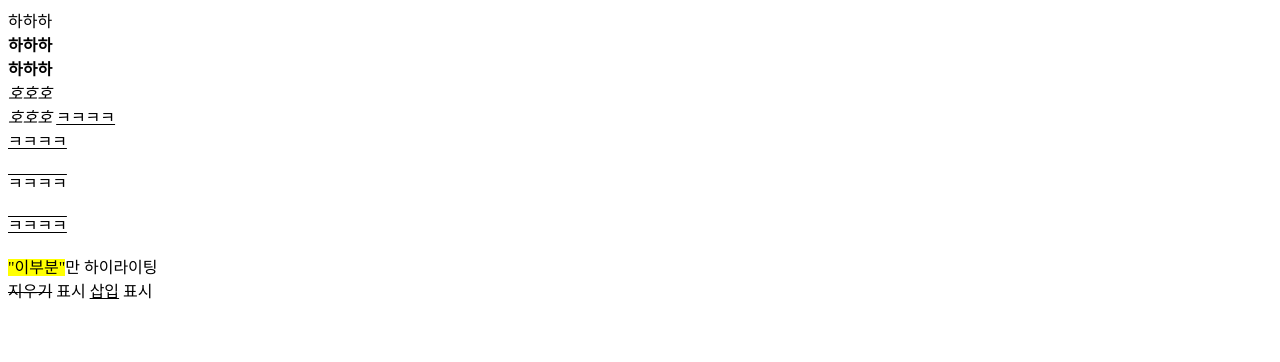
Repository: AkaKSR/Java_Convergence_New
Page: HTML0826/WebContent/Ex06.html
The author's editor kept a copy of each file at every save. The page is drawn from the files as they stood at one save, then again after a run of saves.
The browser window is 1280 px wide. The pictures show the whole page.

Above is the page before, as saved 2019-08-26 07:35:10.

After the next 2 saves:
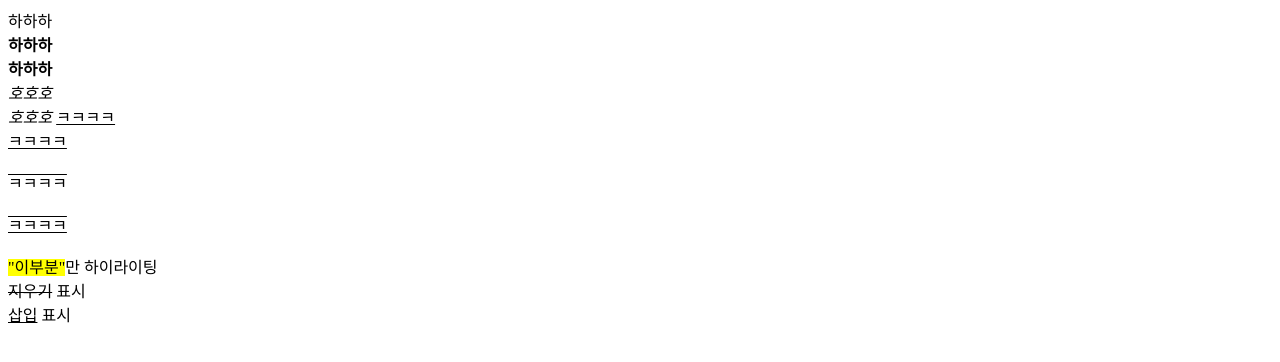
The 2 saves are shown as one change because they came seconds apart.
The last was saved 10 s later.
--- a/HTML0826/WebContent/Ex06.html
+++ b/HTML0826/WebContent/Ex06.html
@@ -15,7 +15,7 @@
 <div style="text-decoration: overline;">ㅋㅋㅋㅋ</div><br>
 <div style="text-decoration: underline overline;">ㅋㅋㅋㅋ</div><br>
 <mark>"이부분"</mark>만 하이라이팅<br>
-<del>지우기</del> 표시
-<ins>삽입</ins> 표시
+<del>지우기</del> 표시<br>
+<ins>삽입</ins> 표시<br>
 </body>
 </html>
